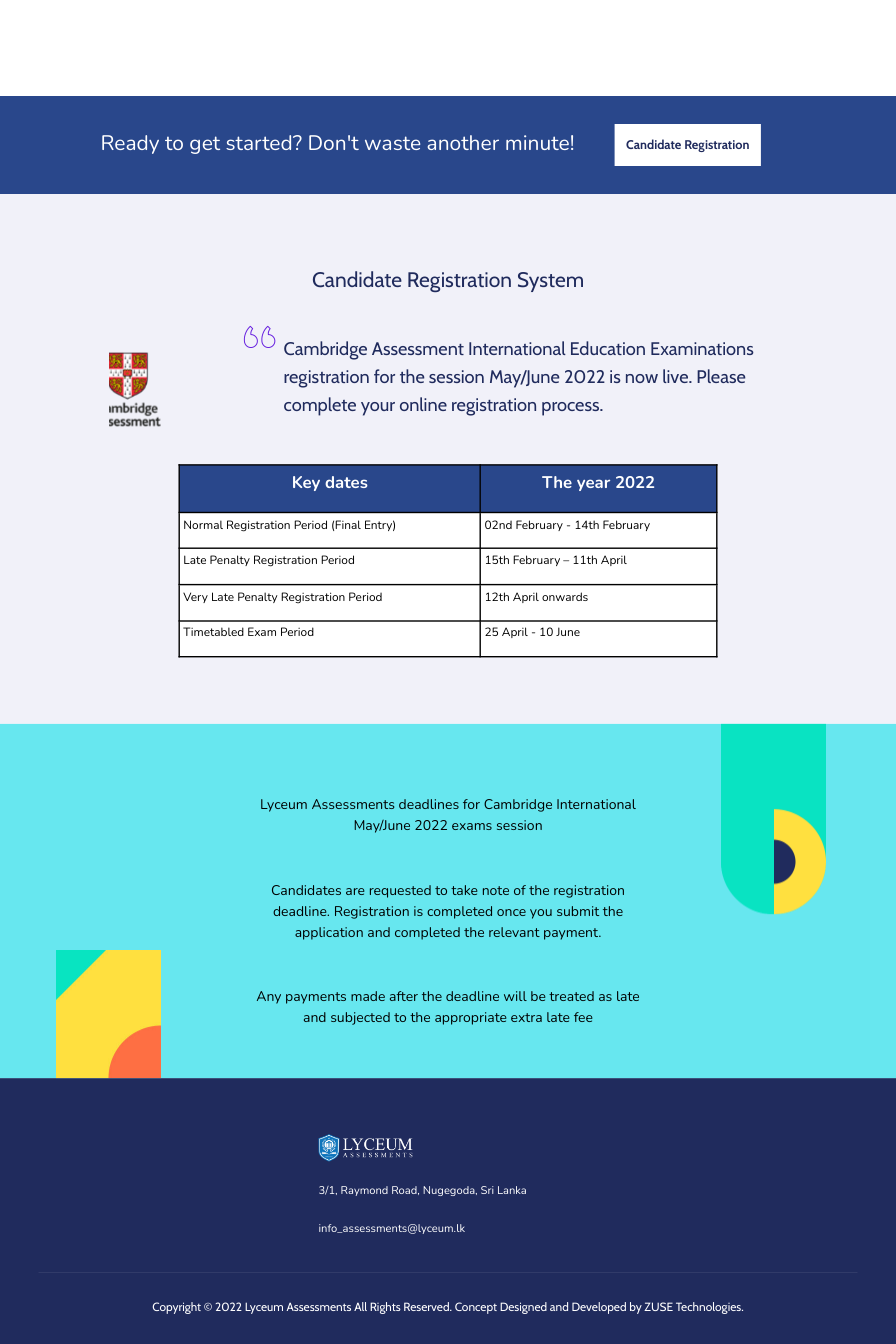
Repository: AXUSLK/LyceumAssessments-HTML
Page: index.html
The author's editor kept a copy of each file at every save. The page is drawn from the files as they stood at one save, then again after a run of saves.
The browser window is 1280 px wide. The pictures show the part of the page from y = 2663 to 4583 px (the page is 4583 px tall), at 70% of full size.
Backgrounds fixed to the window are drawn as part of the page. Some web libraries are served in a nearby version.

Above is the page before, as saved 2022-01-31 14:11:50.

After the next 2 saves:
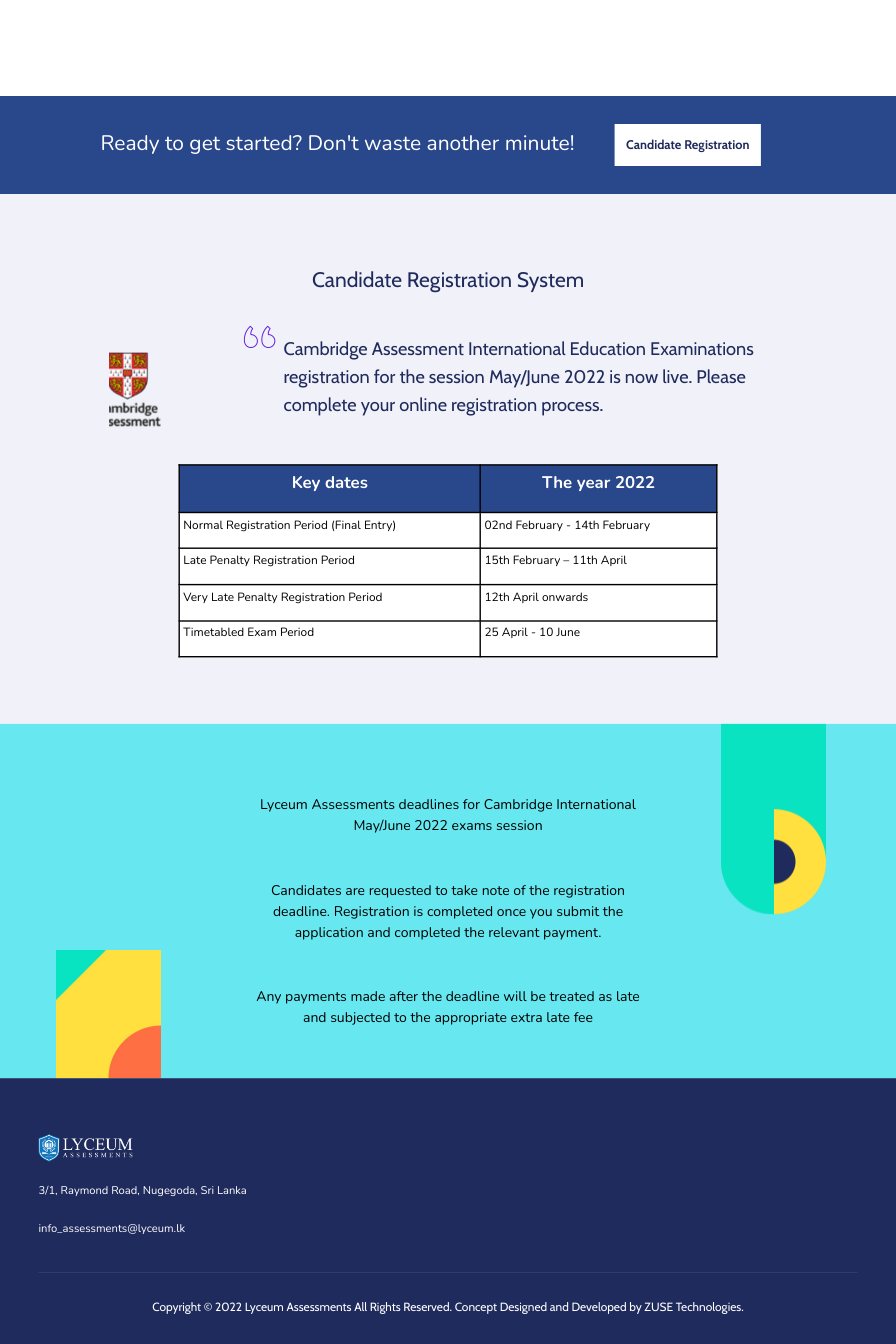
The 2 saves are shown as one change because they came seconds apart.
The last was saved 14 s later.
--- a/index.html
+++ b/index.html
@@ -487,10 +487,6 @@
 				<div class="container">
 					<div class="row">
 
-						<div class="col-md-4 mb-6  position-static">
-
-						</div>
-
 						<div class="col-md-4">
 							<!-- ftLogo -->
 							<div class="ftLogo mb-6 mx-auto mx-md-0">
@@ -503,10 +499,6 @@
 								Nugegoda, Sri Lanka</address>
 							<address class="ftAddress text-center text-md-left mb-6 mt-6 mt-md-0">
 								info_assessments@lyceum.lk</address>
-						</div>
-
-						<div class="col-md-4">
-
 						</div>
 
 					</div>
